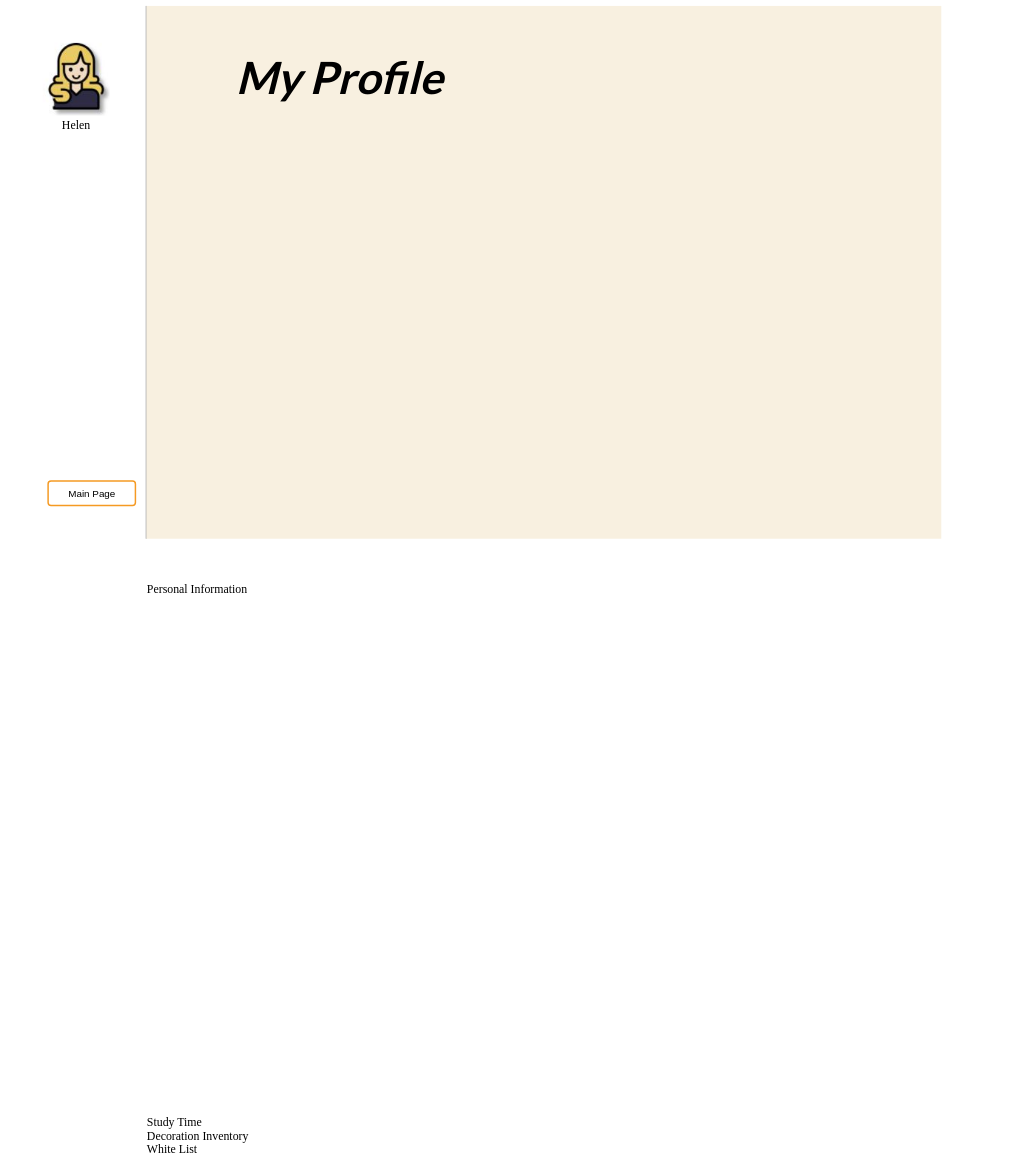
Repository: Team-Extrememe/Online-Study-Room
Page: profile.html
These files come from the project's save history. The page is drawn as it stood at one moment and after the next save; the edit follows.
The browser window is 1280 px wide. The page is 1392 px wide, then 1280 px, so the pictures cover 1392 px, including what lies to the right of the window. The pictures show the whole page, at 74% of full size.

Above is the page before, as saved 2021-10-17 14:36:19.

After the next save:
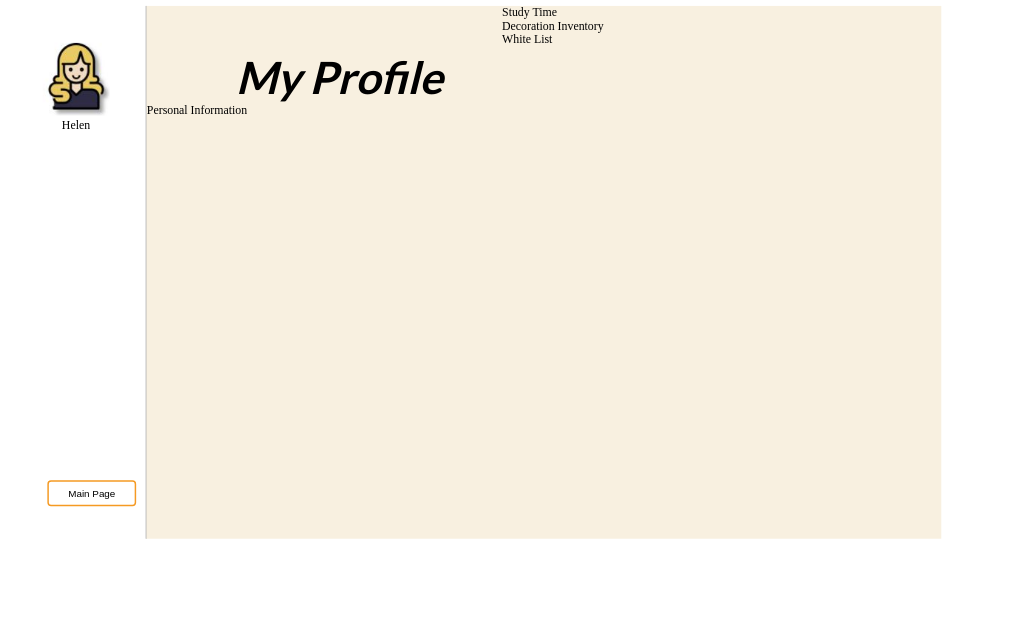
Saved 92 s later.
--- a/css/profile.css
+++ b/css/profile.css
@@ -50,8 +50,7 @@
 }
 
 .profile_header{
-    width: 100%;
-    height: 100%;
+    width: 6em;
     float: left;
     font-size: 60px;
     font-weight: bold;
